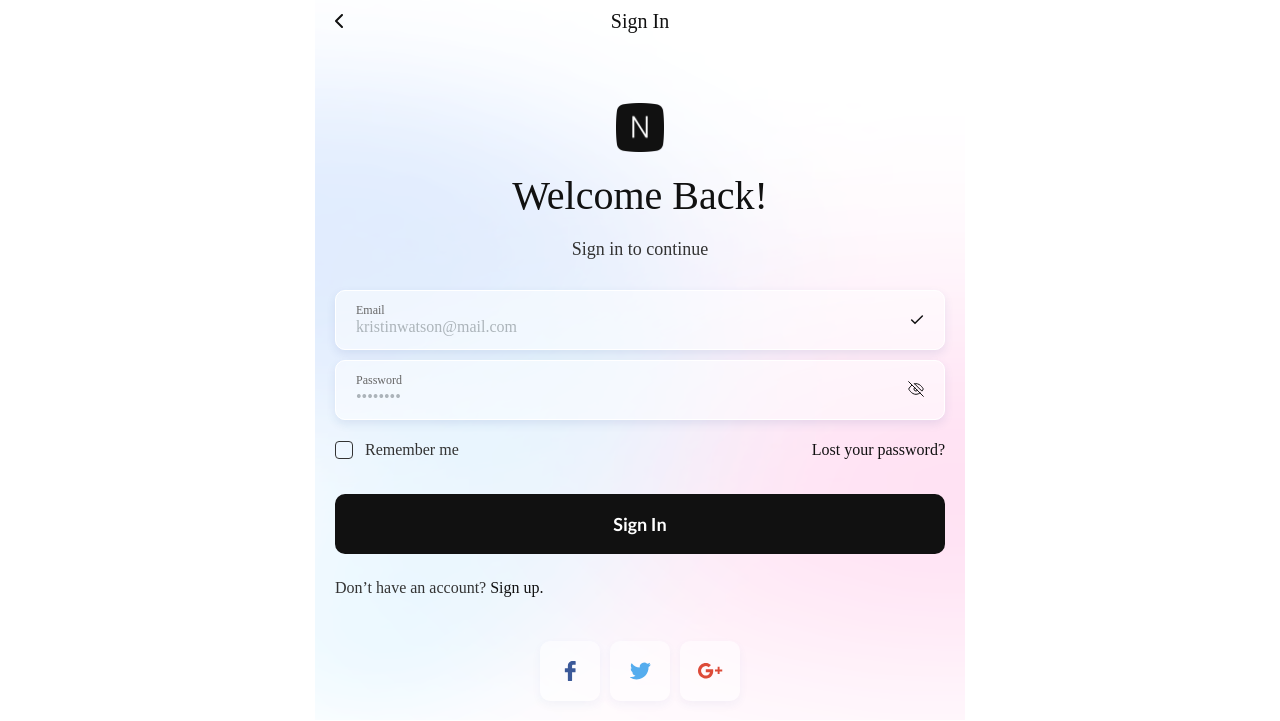
Repository: Ruddro420/inspired-it-app
Page: /sign-in
An editor plug-in stored every save of this project. The page is shown before and after the next save, followed by the edit.
The browser window is 1280 px wide. The pictures show the whole page.
The project was rebuilt for these pictures with package versions that can differ from the ones it lists, and the page was loaded fresh each time. Also part of the build but not shown: src/text/H2.tsx, src/text/H4.tsx, src/text/H5.tsx, src/text/H6.tsx, src/text/T10.tsx, src/text/T12.tsx, src/text/T14.tsx, src/utils/getTabs.tsx and 88 more.

Above is the page before, as saved 2025-06-27 14:54:32.

After the next save:
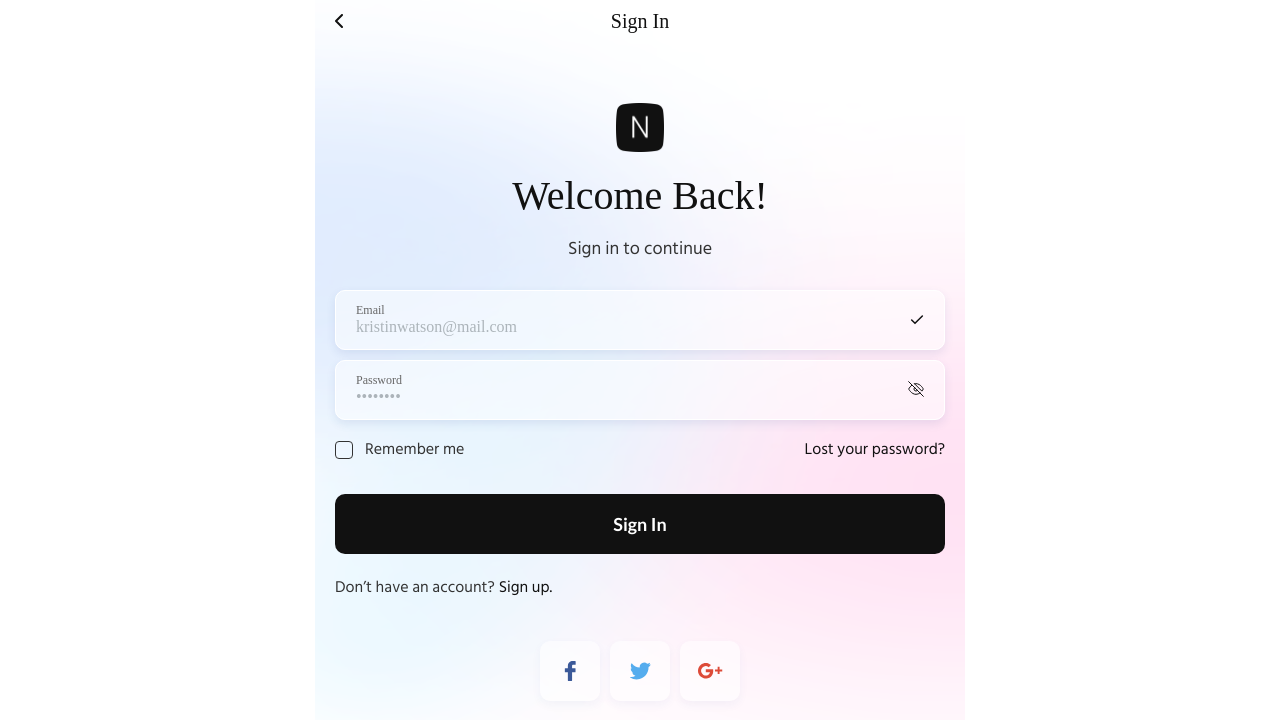
Saved 31 s later.
--- a/src/index.css
+++ b/src/index.css
@@ -6,3 +6,7 @@ h2{
     font-family: "Hind Siliguri", sans-serif!important;
     font-weight: 600;
 }
+p{
+    font-family: "Hind Siliguri", sans-serif!important;
+    font-weight: 400;
+}
